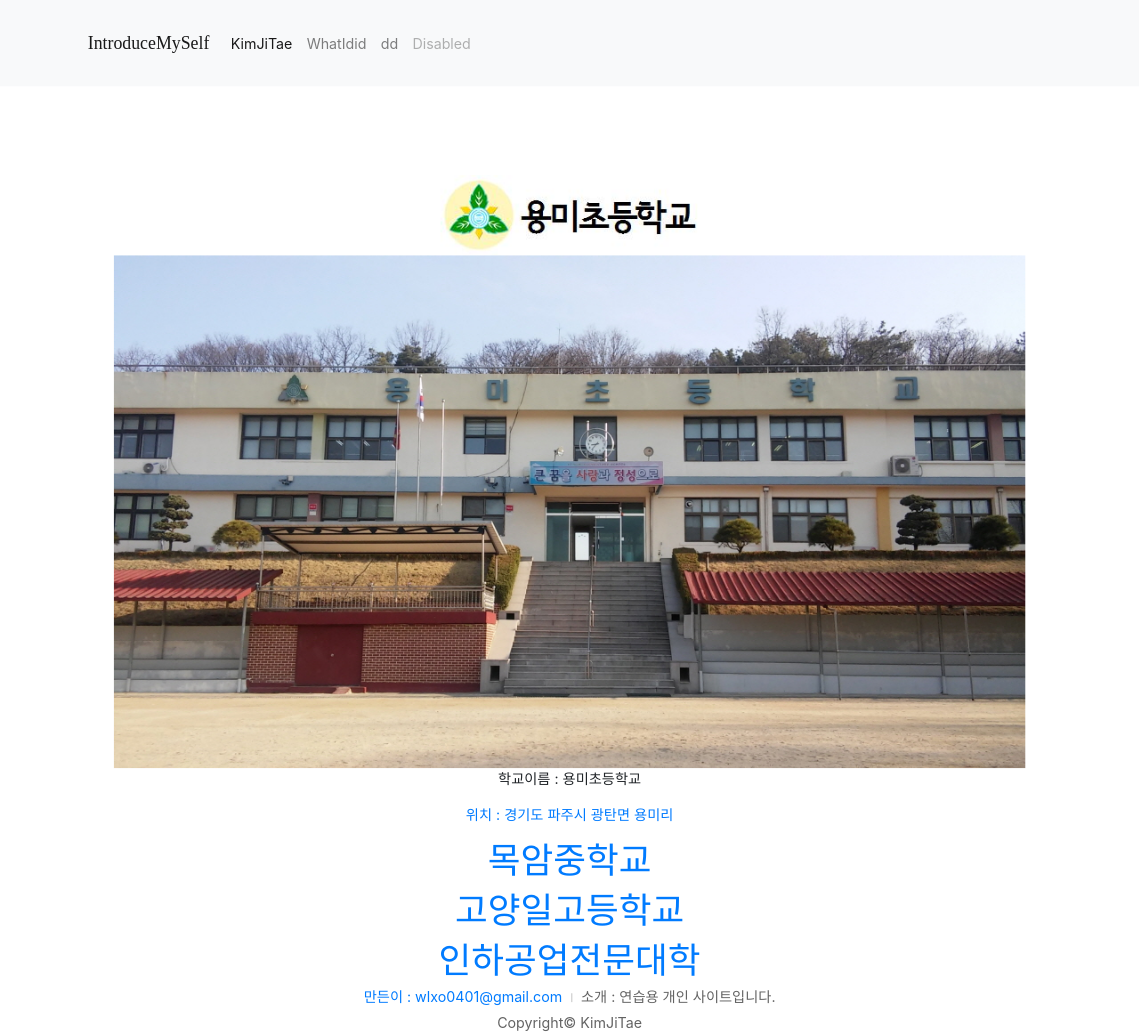
Repository: wlxo0401/IntroduveMySelf
Page: IntroduceMySelf/WebContent/KimJiTae.html
An editor plug-in stored every save of this project. The page is shown before and after the next save, followed by the edit.
The browser window is 1280 px wide. The pictures show the whole page, at 89% of full size.

Above is the page before, as saved 2020-03-11 06:50:21.

After the next save:
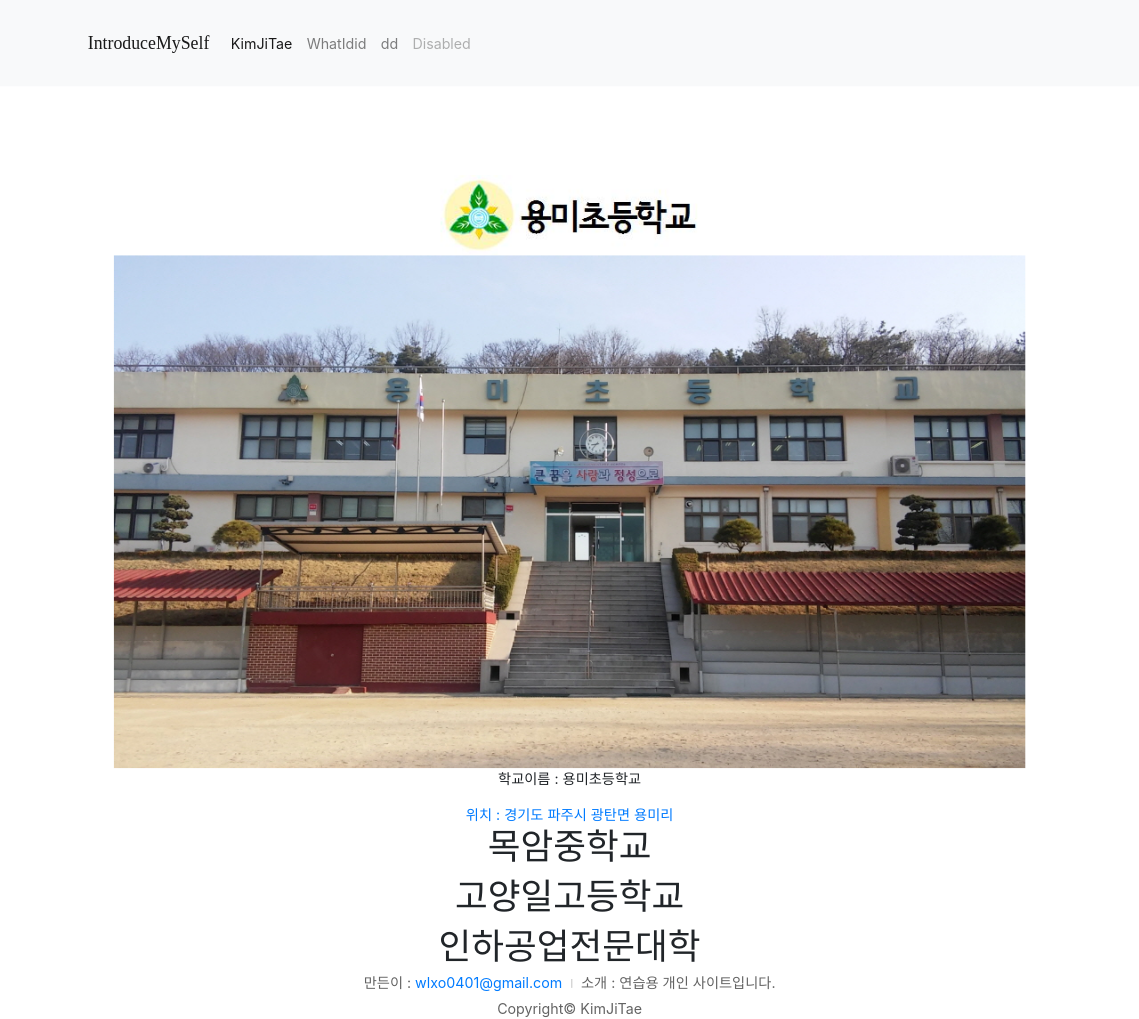
Saved 4 s later.
--- a/IntroduceMySelf/WebContent/KimJiTae.html
+++ b/IntroduceMySelf/WebContent/KimJiTae.html
@@ -46,7 +46,7 @@
 			<img src="img/eslogo.jpg" alt="My Image">
 			<img src="img/espic.jpg" alt="My Image">
 			<p>학교이름 : 용미초등학교</p>
-			<a href='http://naver.me/F72uX0N2'>위치 : 경기도 파주시 광탄면 용미리</p>
+			<a href='http://naver.me/F72uX0N2'>위치 : 경기도 파주시 광탄면 용미리</a>
 		</div>
 
 
